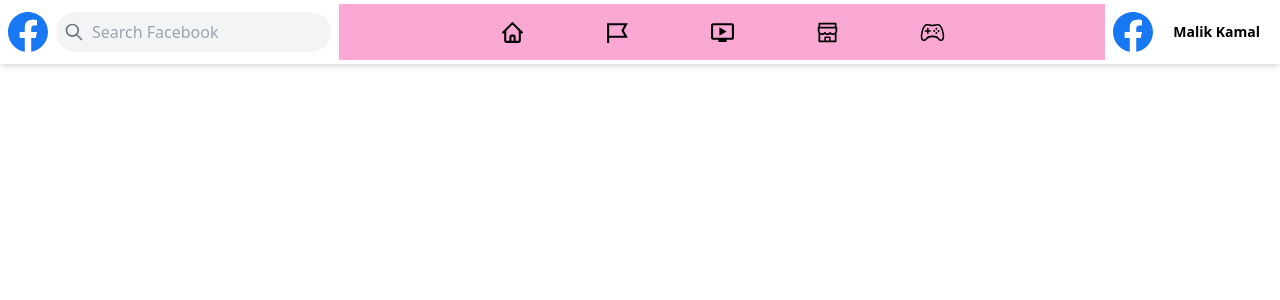
Repository: almaqdad55/springboot-nextjs-fbook
Page: /
These files come from the project's save history. The page is drawn as it stood at one moment and after the next save; the edit follows.
The browser window is 1280 px wide. The pictures show the whole page.
The project was rebuilt for these pictures with package versions that can differ from the ones it lists, and the page was loaded fresh each time. The framework's server and built-in components were replaced by stand-ins that run in the browser. Also part of the build but not shown: next.config.js.

Above is the page before, as saved 2022-08-08 23:02:45.

After the next save:
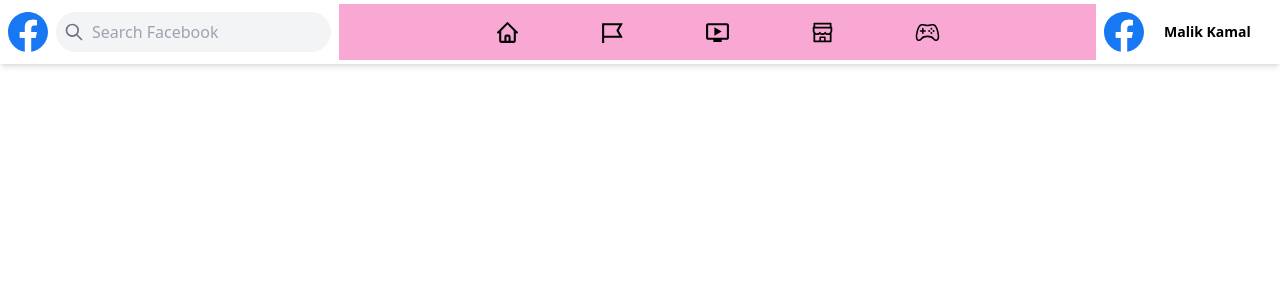
Saved 8 s later.
--- a/components/Header.jsx
+++ b/components/Header.jsx
@@ -44,7 +44,7 @@
       {/* Right component */}
       <div className="flex items-center justify-end min-w-fit space-x-2 ">
         <Image src="/facebook-logo.svg" height={40} width={40} />
-        <p className="hidden lg:inline-flex font-semibold text-sm whitespace-nowrap p-3 w-lg">
+        <p className="hidden lg:inline-flex font-semibold text-sm whitespace-nowrap p-3 w-[120px]">
           Malik Kamal
         </p>
       </div>

After the save that followed:
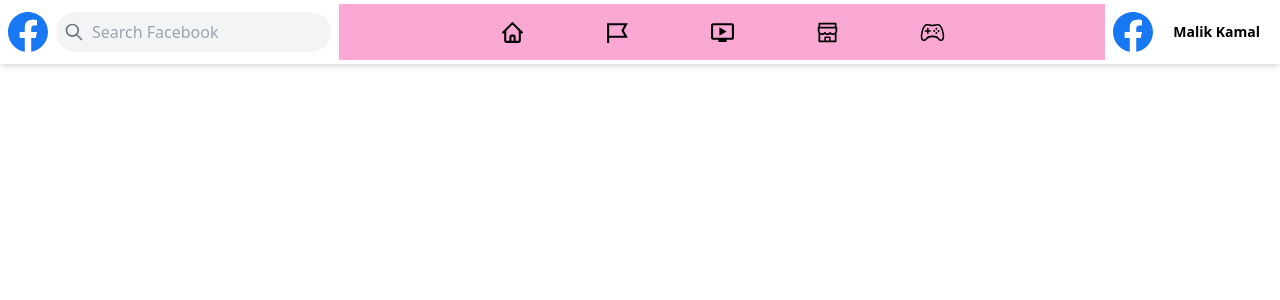
Saved 4 s later.
--- a/components/Header.jsx
+++ b/components/Header.jsx
@@ -44,7 +44,7 @@
       {/* Right component */}
       <div className="flex items-center justify-end min-w-fit space-x-2 ">
         <Image src="/facebook-logo.svg" height={40} width={40} />
-        <p className="hidden lg:inline-flex font-semibold text-sm whitespace-nowrap p-3 w-[120px]">
+        <p className="hidden lg:inline-flex font-semibold text-sm whitespace-nowrap p-3 w-xl">
           Malik Kamal
         </p>
       </div>
